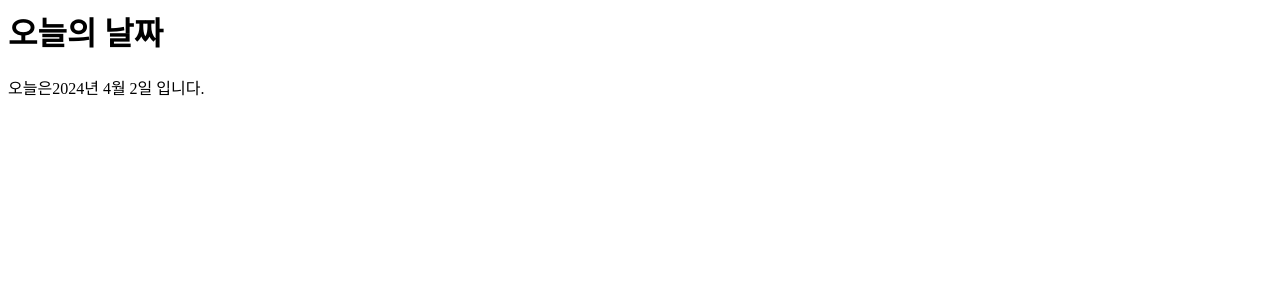
Repository: lopanghub/git_study
Page: http://localhost/JSPClassCh02/today
These files come from the project's save history. The page is drawn as it stood at one moment and after the next save; the edit follows.
The browser window is 1280 px wide. The pictures show the whole page.
The page is served by Tomcat 9.

Above is the page before, as saved 2024-04-02 02:39:15.

After the next save:
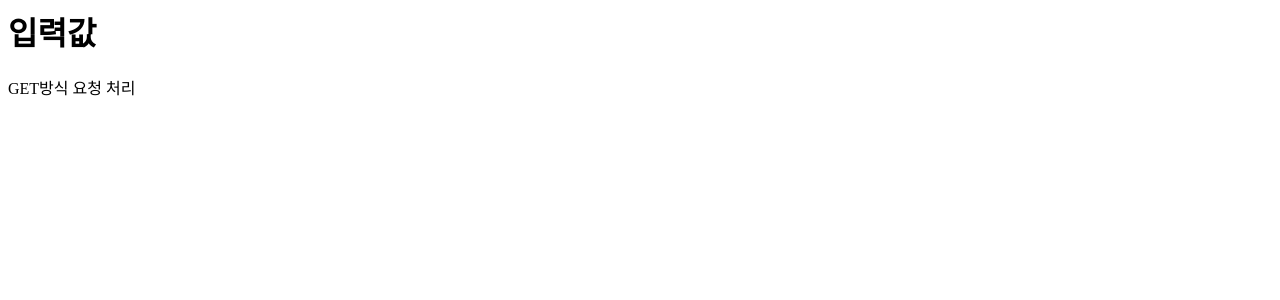
Saved 6 min 41 s later.
--- a/JSPStudy/JSPClassCh02/src/main/java/com/jspstudy/ch02/servlet/TodayServlet.java
+++ b/JSPStudy/JSPClassCh02/src/main/java/com/jspstudy/ch02/servlet/TodayServlet.java
@@ -16,17 +16,17 @@ public class TodayServlet extends HttpServlet{
 
 	@Override
 	protected void doGet(HttpServletRequest req, HttpServletResponse resp) throws ServletException, IOException {
-		Calendar today = Calendar.getInstance();
+
 		resp.setContentType("text/html; charset=UTF-8");
 
 		PrintWriter out = resp.getWriter();
 		out.println("<html>");
-		out.println("<head><title>현재시간</title></head>");
+
 		out.println("<body>");
-		out.println("<h1>오늘의 날짜</h1>");
-		out.println("오늘은"+today.get(Calendar.YEAR)+"년");
-		out.println((today.get(Calendar.MONTH)+1)+"월");
-		out.println(today.get(Calendar.DAY_OF_MONTH)+"일 입니다.");
+		out.println("<h1>입력값</h1>");
+//		out.println("안녕하세요"+id+"님");
+		out.println();
+		out.println(req.getMethod()+"방식 요청 처리");
 		out.println("</body>");
 		out.println("</body>");
 		out.println("</html>");
@@ -34,7 +34,20 @@ public class TodayServlet extends HttpServlet{
 
 	@Override
 	protected void doPost(HttpServletRequest req, HttpServletResponse resp) throws ServletException, IOException {
+		String id = req.getParameter("id");
+		resp.setContentType("text/html; charset=UTF-8");
 
+		PrintWriter out = resp.getWriter();
+		out.println("<html>");
+
+		out.println("<body>");
+		out.println("<h1>입력값</h1>");
+		out.println("안녕하세요"+id+"님");
+		out.println();
+		out.println(req.getMethod()+"방식 요청 처리");
+		out.println("</body>");
+		out.println("</body>");
+		out.println("</html>");
 	}
 
 }
